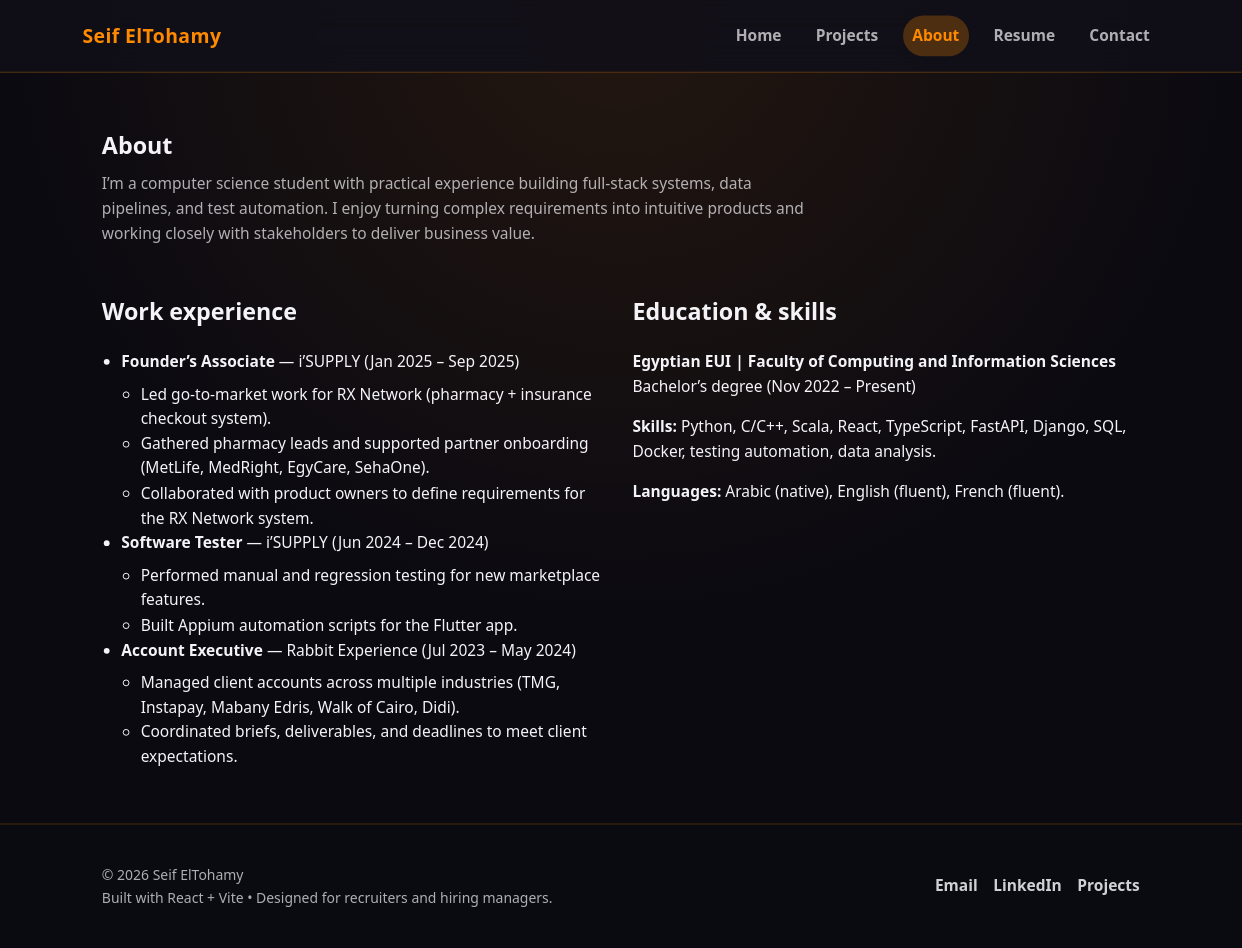
Repository: seifeldinamr99/seif-portfolio
Page: /about (app in portfolio/)
These files come from the project's save history. The page is drawn as it stood at one moment and after the next save; the edit follows.
The browser window is 1280 px wide. The pictures show the whole page, at 97% of full size.
The project was rebuilt for these pictures with package versions that can differ from the ones it lists, and the page was loaded fresh each time. Also part of the build but not shown: portfolio/vite.config.ts, portfolio/src/data/projects.ts, portfolio/src/components/ProjectCard.tsx, portfolio/src/pages/HomePage.tsx, portfolio/src/pages/ProjectsPage.tsx, portfolio/src/pages/ResumePage.tsx, portfolio/src/pages/ContactPage.tsx.

Above is the page before, as saved 2026-03-08 15:20:15.

### portfolio/index.html
<!doctype html>
<html lang="en">
  <head>
    <meta charset="UTF-8" />
    <link rel="icon" type="image/svg+xml" href="/vite.svg" />
    <meta name="viewport" content="width=device-width, initial-scale=1.0" />
    <title>portfolio</title>
  </head>
  <body>
    <div id="root"></div>
    <script type="module" src="/src/main.tsx"></script>
  </body>
</html>

### portfolio/src/index.css
:root {
  font-family: system-ui, -apple-system, BlinkMacSystemFont, "Segoe UI", sans-serif;
  font-size: 16px;
  text-rendering: optimizeLegibility;
  -webkit-font-smoothing: antialiased;
  -moz-osx-font-smoothing: grayscale;
}

* {
  box-sizing: border-box;
}

body {
  margin: 0;
  min-width: 320px;
}

a {
  color: inherit;
  text-decoration: none;
}

img {
  max-width: 100%;
  display: block;
}

button,
input,
textarea {
  font-family: inherit;
}

### portfolio/src/App.tsx
import { BrowserRouter, Routes, Route } from "react-router-dom";
import { Header } from "./components/Header";
import { Footer } from "./components/Footer";
import { HomePage } from "./pages/HomePage";
import { ProjectsPage } from "./pages/ProjectsPage";
import { AboutPage } from "./pages/AboutPage";
import { ResumePage } from "./pages/ResumePage";
import { ContactPage } from "./pages/ContactPage";
import "./App.css";

export default function App() {
  return (
    <BrowserRouter>
      <div className="app">
        <Header />
        <Routes>
          <Route path="/" element={<HomePage />} />
          <Route path="/projects" element={<ProjectsPage />} />
          <Route path="/about" element={<AboutPage />} />
          <Route path="/resume" element={<ResumePage />} />
          <Route path="/contact" element={<ContactPage />} />
        </Routes>
        <Footer />
      </div>
    </BrowserRouter>
  );
}

### portfolio/src/components/Header.tsx
import { useEffect, useState } from "react";
import { NavLink, useLocation } from "react-router-dom";

export function Header() {
  const [open, setOpen] = useState(false);
  const location = useLocation();

  useEffect(() => {
    setOpen(false);
  }, [location.pathname]);

  const linkClass = ({ isActive }: { isActive: boolean }) =>
    isActive ? "nav-link active" : "nav-link";

  return (
    <header className="site-header">
      <div className="container header-inner">
        <NavLink to="/" className="brand">
          Seif ElTohamy
        </NavLink>

        <button
          className="mobile-menu-button"
          aria-label={open ? "Close menu" : "Open menu"}
          aria-expanded={open}
          onClick={() => setOpen((value) => !value)}
        >
          <span className="hamburger" />
        </button>

        <nav className={`nav ${open ? "nav--open" : ""}`}>
          <NavLink to="/" className={linkClass} end>
            Home
          </NavLink>
          <NavLink to="/projects" className={linkClass}>
            Projects
          </NavLink>
          <NavLink to="/about" className={linkClass}>
            About
          </NavLink>
          <NavLink to="/resume" className={linkClass}>
            Resume
          </NavLink>
          <NavLink to="/contact" className={linkClass}>
            Contact
          </NavLink>
        </nav>
      </div>
    </header>
  );
}

### portfolio/src/components/Footer.tsx
export function Footer() {
  return (
    <footer className="site-footer">
      <div className="container footer-inner">
        <div>
          <p className="footer-text">© {new Date().getFullYear()} Seif ElTohamy</p>
          <p className="footer-text">
            Built with React + Vite • Designed for recruiters and hiring managers.
          </p>
        </div>
        <div className="footer-links">
          <a href="mailto:seifeldinamreltohamy@gmail.com">Email</a>
          <a href="https://www.linkedin.com/in/seifeltohamy" target="_blank" rel="noreferrer">
            LinkedIn
          </a>
          <a href="#projects">Projects</a>
        </div>
      </div>
    </footer>
  );
}

### portfolio/src/pages/AboutPage.tsx
export function AboutPage() {
  return (
    <main className="page about-page">
      <section className="section">
        <div className="container">
          <header className="section-header">
            <h1>About</h1>
            <p>
              I’m a computer science student with practical experience building full-stack systems, data pipelines, and test automation.
              I enjoy turning complex requirements into intuitive products and working closely with stakeholders to deliver business value.
            </p>
          </header>

          <div className="grid grid--2">
            <div>
              <h2>Work experience</h2>
              <ul className="list">
                <li>
                  <strong>Founder’s Associate</strong> — i’SUPPLY (Jan 2025 – Sep 2025)
                  <ul className="list--nested">
                    <li>Led go-to-market work for RX Network (pharmacy + insurance checkout system).</li>
                    <li>Gathered pharmacy leads and supported partner onboarding (MetLife, MedRight, EgyCare, SehaOne).</li>
                    <li>Collaborated with product owners to define requirements for the RX Network system.</li>
                  </ul>
                </li>
                <li>
                  <strong>Software Tester</strong> — i’SUPPLY (Jun 2024 – Dec 2024)
                  <ul className="list--nested">
                    <li>Performed manual and regression testing for new marketplace features.</li>
                    <li>Built Appium automation scripts for the Flutter app.</li>
                  </ul>
                </li>
                <li>
                  <strong>Account Executive</strong> — Rabbit Experience (Jul 2023 – May 2024)
                  <ul className="list--nested">
                    <li>Managed client accounts across multiple industries (TMG, Instapay, Mabany Edris, Walk of Cairo, Didi).</li>
                    <li>Coordinated briefs, deliverables, and deadlines to meet client expectations.</li>
                  </ul>
                </li>
              </ul>
            </div>

            <div>
              <h2>Education & skills</h2>
              <p>
                <strong>Egyptian EUI | Faculty of Computing and Information Sciences</strong><br />
                Bachelor’s degree (Nov 2022 – Present)
              </p>
              <p>
                <strong>Skills:</strong> Python, C/C++, Scala, React, TypeScript, FastAPI, Django, SQL, Docker, testing automation, data analysis.
              </p>
              <p>
                <strong>Languages:</strong> Arabic (native), English (fluent), French (fluent).
              </p>
            </div>
          </div>
        </div>
      </section>
    </main>
  );
}

### portfolio/src/App.css
:root {
  --bg: #0b0a11;
  --bg-alt: #11101a;
  --text: #f4f4f8;
  --muted: rgba(244, 244, 248, 0.7);
  --primary: #ff8a00;
  --primary-2: #ffb347;
  --border: rgba(255, 138, 0, 0.18);
  --shadow: 0 18px 45px rgba(0, 0, 0, 0.65);
  --radius: 14px;
  --max-width: 1110px;
  --font: system-ui, -apple-system, BlinkMacSystemFont, "Segoe UI", sans-serif;
}

* {
  box-sizing: border-box;
}

body {
  margin: 0;
  font-family: var(--font);
  color: var(--text);
  background: radial-gradient(circle at top, rgba(255, 138, 0, 0.1), transparent 55%),
    var(--bg);
  line-height: 1.6;
}

a {
  color: var(--primary);
  text-decoration: none;
}

a:hover {
  text-decoration: underline;
}

.container {
  width: min(100%, var(--max-width));
  margin: 0 auto;
  padding: 0 1.25rem;
}

.app {
  display: flex;
  flex-direction: column;
  min-height: 100vh;
}

.site-header {
  background: rgba(17, 15, 25, 0.88);
  border-bottom: 1px solid rgba(255, 138, 0, 0.3);
  position: sticky;
  top: 0;
  z-index: 20;
  backdrop-filter: blur(16px);
}

.header-inner {
  display: flex;
  align-items: center;
  justify-content: space-between;
  padding: 1rem 0;
}

.brand {
  font-weight: 700;
  font-size: 1.25rem;
  letter-spacing: 0.02em;
}

.nav {
  display: flex;
  gap: 1rem;
  flex-wrap: wrap;
  align-items: center;
}

.mobile-menu-button {
  display: none;
  border: none;
  background: transparent;
  padding: 0.5rem;
  cursor: pointer;
}

.hamburger {
  width: 1.5rem;
  height: 0.15rem;
  background: var(--text);
  border-radius: 999px;
  position: relative;
  transition: transform 0.2s ease-in-out;
}

.hamburger::before,
.hamburger::after {
  content: "";
  position: absolute;
  left: 0;
  width: 100%;
  height: 100%;
  background: var(--text);
  border-radius: 999px;
  transition: transform 0.2s ease-in-out;
}

.hamburger::before {
  top: -0.5rem;
}

.hamburger::after {
  top: 0.5rem;
}

.nav--open .hamburger {
  transform: rotate(45deg);
}

.nav--open .hamburger::before {
  transform: translateY(0.5rem) rotate(90deg);
}

.nav--open .hamburger::after {
  transform: translateY(-0.5rem) rotate(90deg);
}

.nav-link {
  padding: 0.5rem 0.6rem;
  border-radius: 999px;
  color: var(--muted);
  font-weight: 600;
  transition: background 160ms ease, color 160ms ease;
}

.nav-link:hover {
  background: rgba(255, 138, 0, 0.18);
  color: var(--text);
}

.nav-link.active {
  background: rgba(255, 138, 0, 0.25);
  color: var(--primary);
}

.hero {
  padding: 4rem 0 3rem;
}

.hero-inner {
  display: grid;
  align-items: center;
  gap: 2.5rem;
  grid-template-columns: 1fr;
}

.hero-content h1 {
  font-size: clamp(2.25rem, 4vw, 3.25rem);
  margin: 0;
}

.hero-subtitle {
  color: var(--muted);
  margin: 1rem 0 1.5rem;
  max-width: 48rem;
}

.hero-actions {
  display: flex;
  gap: 0.75rem;
  flex-wrap: wrap;
}

.hero-graphic {
  width: 100%;
  height: 300px;
  border-radius: var(--radius);
  background: linear-gradient(135deg, rgba(0, 87, 255, 0.12), rgba(0, 0, 0, 0.04));
  border: 1px solid var(--border);
  box-shadow: var(--shadow);
}

.hero-photo {
  width: 100%;
  height: 100%;
  object-fit: cover;
  border-radius: var(--radius);
  border: 1px solid var(--border);
  box-shadow: var(--shadow);
}

@media (min-width: 900px) {
  .hero-inner {
    grid-template-columns: 1.1fr 0.9fr;
  }
}

.section {
  padding: 3.5rem 0;
}

.section.bg--alt {
  background: var(--bg-alt);
}

.section-header h2,
.section-header h1 {
  margin: 0 0 0.5rem;
}

.section-header p {
  color: var(--muted);
  max-width: 46rem;
  margin: 0 0 1.75rem;
}

.grid {
  display: grid;
  gap: 1.5rem;
}

.grid--2 {
  grid-template-columns: 1fr;
}

.grid--3 {
  grid-template-columns: 1fr;
}

.grid--4 {
  grid-template-columns: repeat(auto-fit, minmax(160px, 1fr));
}

@media (min-width: 720px) {
  .grid--2 {
    grid-template-columns: repeat(2, 1fr);
  }
  .grid--3 {
    grid-template-columns: repeat(3, 1fr);
  }
}

.card {
  background: rgba(255, 255, 255, 0.05);
  border: 1px solid rgba(255, 138, 0, 0.15);
  border-radius: var(--radius);
  padding: 1.5rem;
  box-shadow: var(--shadow);
  transition: transform 180ms ease, box-shadow 180ms ease;
}

.card:hover {
  transform: translateY(-4px);
  box-shadow: 0 18px 45px rgba(15, 23, 42, 0.12);
}

.project-card h3 {
  margin: 0 0 0.25rem;
}

.card-subtitle {
  margin: 0.25rem 0 1rem;
  color: var(--muted);
}

.card-description {
  margin: 0 0 1rem;
  color: var(--text);
}

.card-meta {
  display: flex;
  flex-wrap: wrap;
  justify-content: space-between;
  align-items: flex-start;
  gap: 1rem;
}

.card-tech {
  display: flex;
  flex-wrap: wrap;
  gap: 0.4rem;
}

.tag {
  padding: 0.25rem 0.55rem;
  border-radius: 999px;
  background: rgba(0, 87, 255, 0.12);
  color: var(--primary);
  font-size: 0.8rem;
  font-weight: 600;
}

.card-links {
  display: flex;
  gap: 0.5rem;
  flex-wrap: wrap;
}

.button {
  display: inline-flex;
  align-items: center;
  justify-content: center;
  gap: 0.5rem;
  padding: 0.65rem 1rem;
  border-radius: 999px;
  border: 1px solid transparent;
  background: linear-gradient(120deg, var(--primary), var(--primary-2));
  color: #111;
  font-weight: 700;
  cursor: pointer;
  transition: transform 120ms ease, box-shadow 120ms ease;
  text-decoration: none;
  box-shadow: 0 12px 25px rgba(255, 138, 0, 0.25);
}

.button:hover {
  transform: translateY(-1px);
  box-shadow: 0 18px 35px rgba(255, 138, 0, 0.35);
}

.button:hover {
  transform: translateY(-1px);
  background: var(--primary-2);
}

.button--outline {
  background: transparent;
  border-color: rgba(255, 138, 0, 0.35);
  color: var(--primary);
}

.button--outline:hover {
  background: rgba(255, 138, 0, 0.12);
}

.button--secondary {
  background: rgba(0, 87, 255, 0.08);
  color: var(--text);
}

.site-footer {
  border-top: 1px solid rgba(255, 138, 0, 0.25);
  padding: 2.5rem 0;
  background: rgba(11, 10, 17, 0.9);
}

.footer-inner {
  display: flex;
  justify-content: space-between;
  gap: 1.5rem;
  align-items: center;
  flex-wrap: wrap;
}

.footer-text {
  margin: 0;
  color: rgba(244, 244, 248, 0.7);
  font-size: 0.9rem;
}

.footer-links {
  display: flex;
  gap: 1rem;
  flex-wrap: wrap;
}

.footer-links a {
  color: rgba(244, 244, 248, 0.85);
  font-weight: 600;
}

.contact-card {
  background: #fff;
  border: 1px solid var(--border);
  border-radius: var(--radius);
  padding: 1.5rem;
  box-shadow: var(--shadow);
}

.contact-list,
.list,
.list--nested {
  padding-left: 1.25rem;
  margin: 0.75rem 0 0;
}

.list--nested {
  margin-top: 0.5rem;
}

.contact-form {
  display: grid;
  gap: 1rem;
}

.contact-form label {
  display: grid;
  gap: 0.4rem;
  font-weight: 600;
}

.contact-form input,
.contact-form textarea {
  padding: 0.75rem 0.9rem;
  border: 1px solid var(--border);
  border-radius: 0.75rem;
  font: inherit;
}

.contact-form textarea {
  min-height: 120px;
  resize: vertical;
}

@media (max-width: 720px) {
  .header-inner,
  .footer-inner {
    flex-direction: column;
    align-items: flex-start;
  }

  .hero-inner {
    grid-template-columns: 1fr;
  }

  .mobile-menu-button {
    display: inline-flex;
  }

  .nav {
    position: fixed;
    inset: 0;
    padding: 4.5rem 1.5rem 1.5rem;
    background: rgba(11, 10, 17, 0.95);
    backdrop-filter: blur(16px);
    flex-direction: column;
    gap: 1rem;
    transform: translateX(-110%);
    transition: transform 180ms ease;
    z-index: 30;
  }

  .nav--open {
    transform: translateX(0);
  }

  .nav-link {
    padding: 0.85rem 1rem;
    width: 100%;
  }
}

Loaded but not shown: portfolio/src/main.tsx (common file)

After the next save:
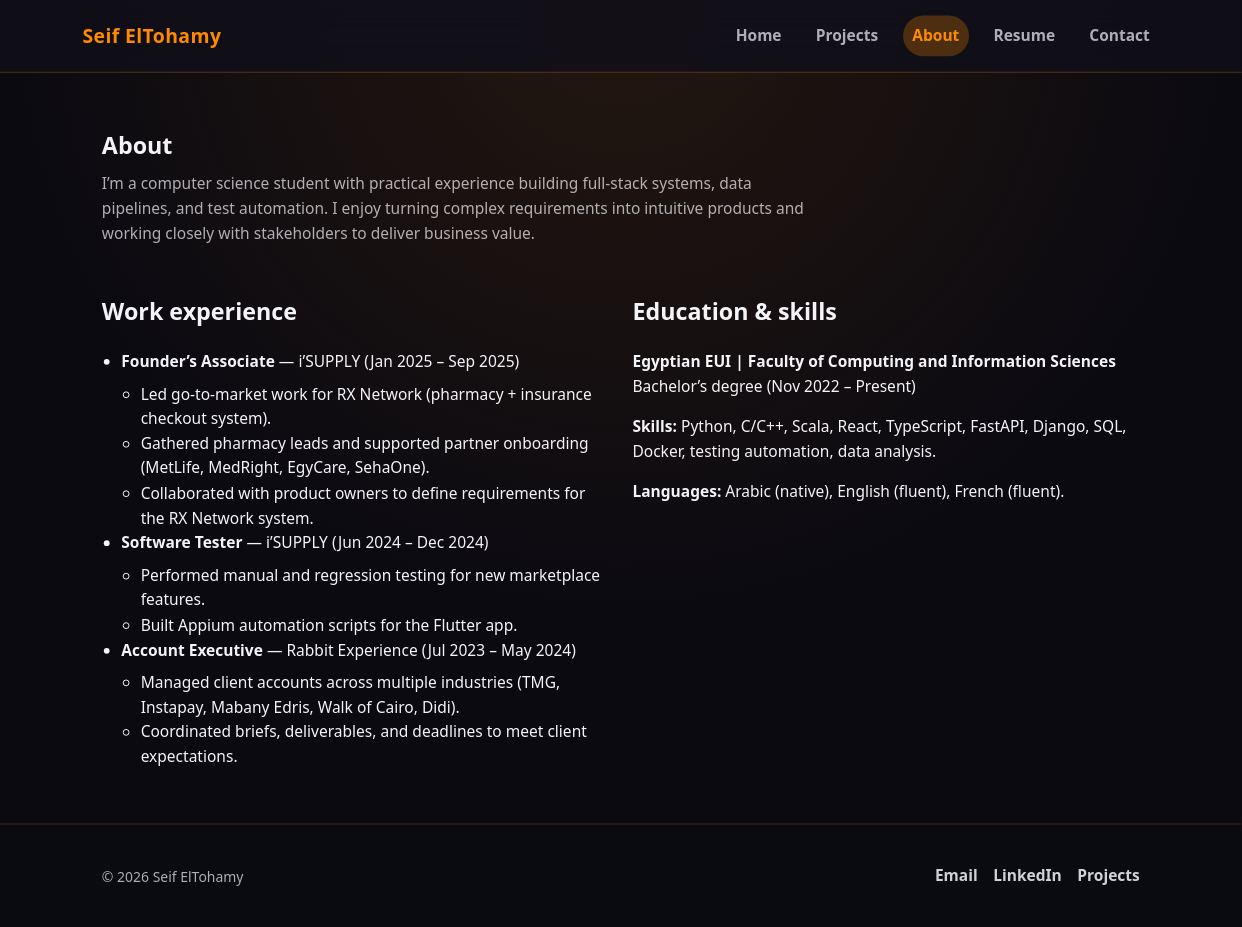
Saved 34 s later.
--- a/portfolio/src/components/Footer.tsx
+++ b/portfolio/src/components/Footer.tsx
@@ -4,9 +4,6 @@ export function Footer() {
       <div className="container footer-inner">
         <div>
           <p className="footer-text">© {new Date().getFullYear()} Seif ElTohamy</p>
-          <p className="footer-text">
-            Built with React + Vite • Designed for recruiters and hiring managers.
-          </p>
         </div>
         <div className="footer-links">
           <a href="mailto:seifeldinamreltohamy@gmail.com">Email</a>
